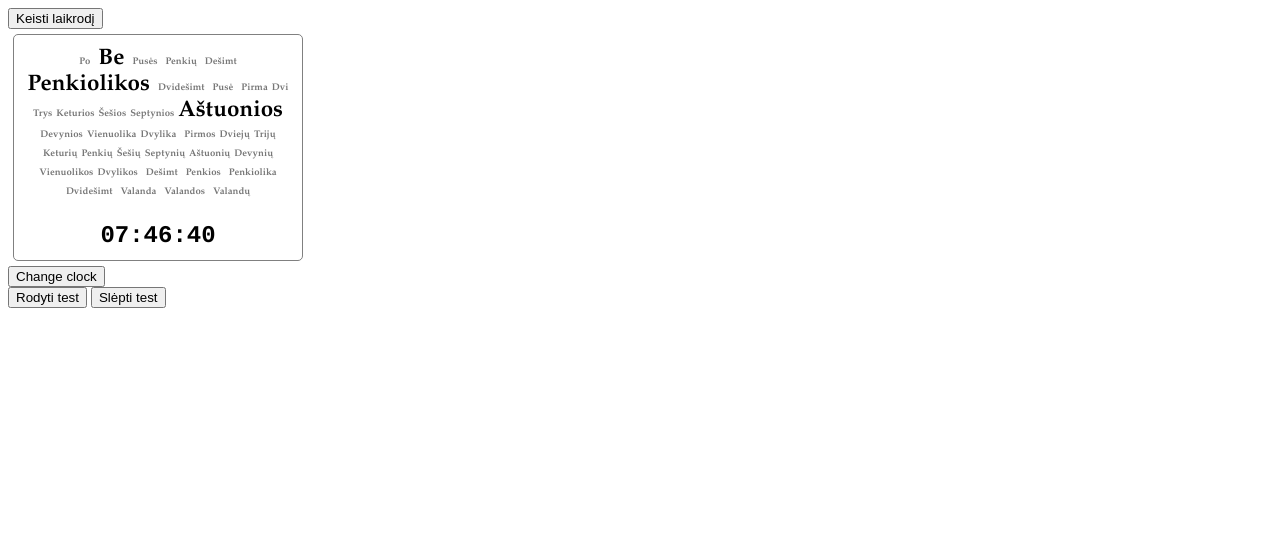
Repository: Skaidrius/WordClock
Page: index.html
The author's editor kept a record of every edit. The page is drawn from the files as they stood at one moment, then again after the next edit.
The browser window is 1280 px wide. The pictures show the whole page.
Some web libraries are served in a nearby version.

Above is the page before.

After the next edit:
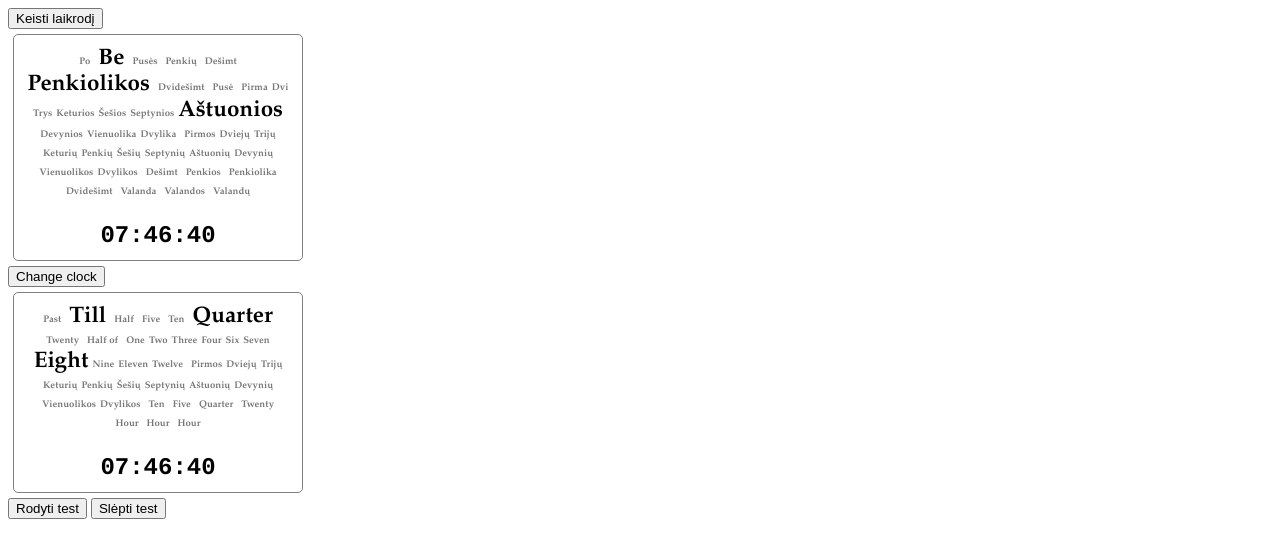
The edit:
--- a/app.js
+++ b/app.js
@@ -192,3 +192,9 @@
         templateUrl: 'clock.html'
     };
 });
+
+app.directive('showBigClockEn', function(){
+    return {
+        templateUrl: 'clock.html'
+    };
+});
